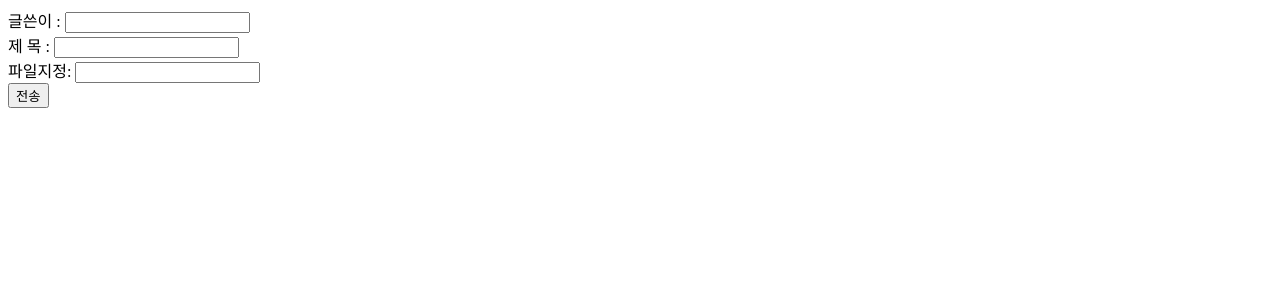
Repository: totesbk/JSP-
Page: http://localhost/web10/ex01_upload.jsp
The author's editor kept a copy of each file at every save. The page is drawn from the files as they stood at one save, then again after the next save.
The browser window is 1280 px wide. The pictures show the whole page.
The page is served by Tomcat 9.

Above is the page before, as saved 2020-10-14 07:45:09.

After the next save:
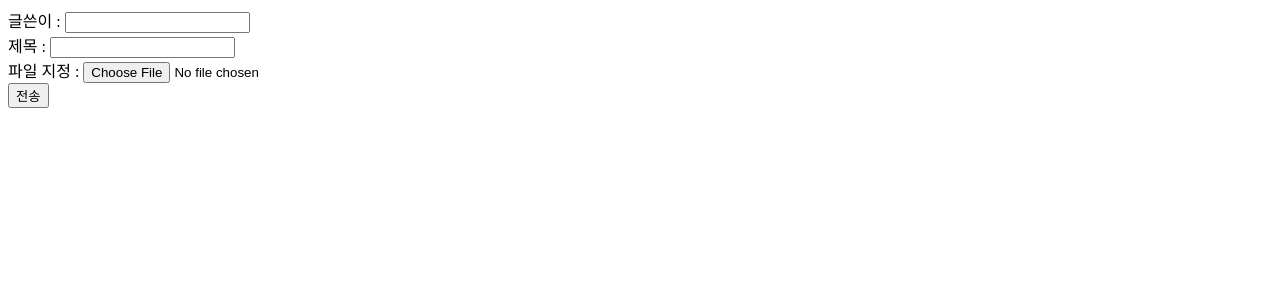
Saved 83 s later.
--- a/web10/WebContent/ex01_upload.jsp
+++ b/web10/WebContent/ex01_upload.jsp
@@ -4,14 +4,14 @@
 <html>
 <head>
 <meta charset="UTF-8">
-<title>파일 업로드</title>
+<title>Insert title here</title>
 </head>
 <body>
-<form action="upload.do" method="POST" enctype="multipart/form-data">
-	글쓴이 : <input type="text" name="name"><br>
-	제   목 : <input type="text" name="title"><br>
-	파일지정: <input type="text" name="fileUpload"><br>
-	<input type="submit" value="전송">
+<form action="upload.do" method="post" enctype="multipart/form-data" >
+   글쓴이 : <input type="text" name="name"><br>
+   제목 : <input type="text" name = "title"><br>
+   파일 지정 : <input type="file" name="fileUpload"><br>
+   <input type="submit" value="전송">
 </form>
 </body>
 </html>
